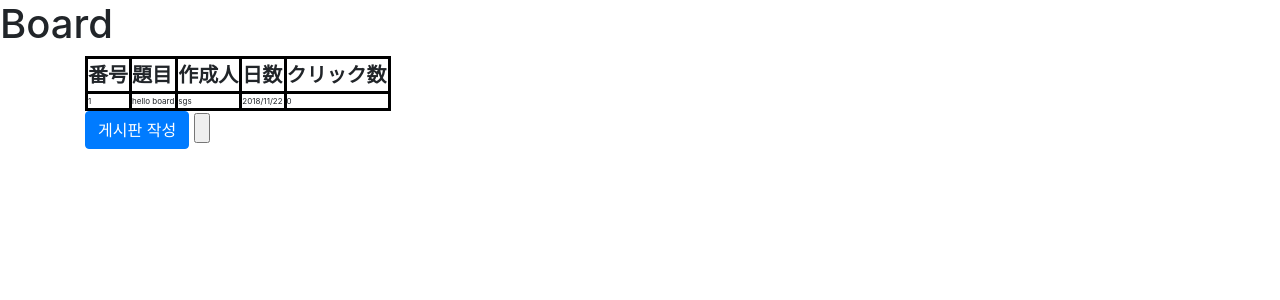
Repository: songgisung/study_web
Page: 20181126/test/board/WebContent/board.html
The author's editor kept a copy of each file at every save. The page is drawn from the files as they stood at one save, then again after the next save.
The browser window is 1280 px wide. The pictures show the whole page.

Above is the page before, as saved 2018-11-26 02:42:43.

After the next save:
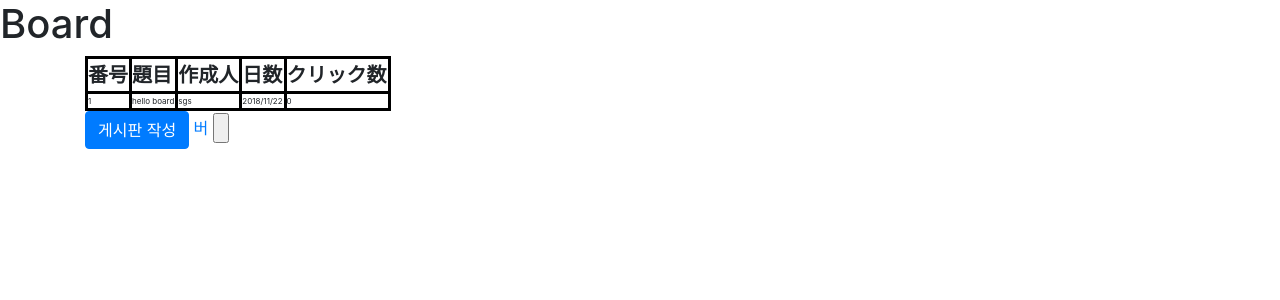
Saved 21 s later.
--- a/20181126/test/board/WebContent/board.html
+++ b/20181126/test/board/WebContent/board.html
@@ -30,7 +30,7 @@
 		<button type="button" class = "btn btn-primary">
 			게시판 작성
 		</button>
-		<a href="BoardWriter.html"></a>
+		<a href="BoardWriter.html">버</a>
 		<input type="button" name="게시판작성" onclick><br/>
 		<from action="BoardWriter.html" method="post"></from>
 	</div>
